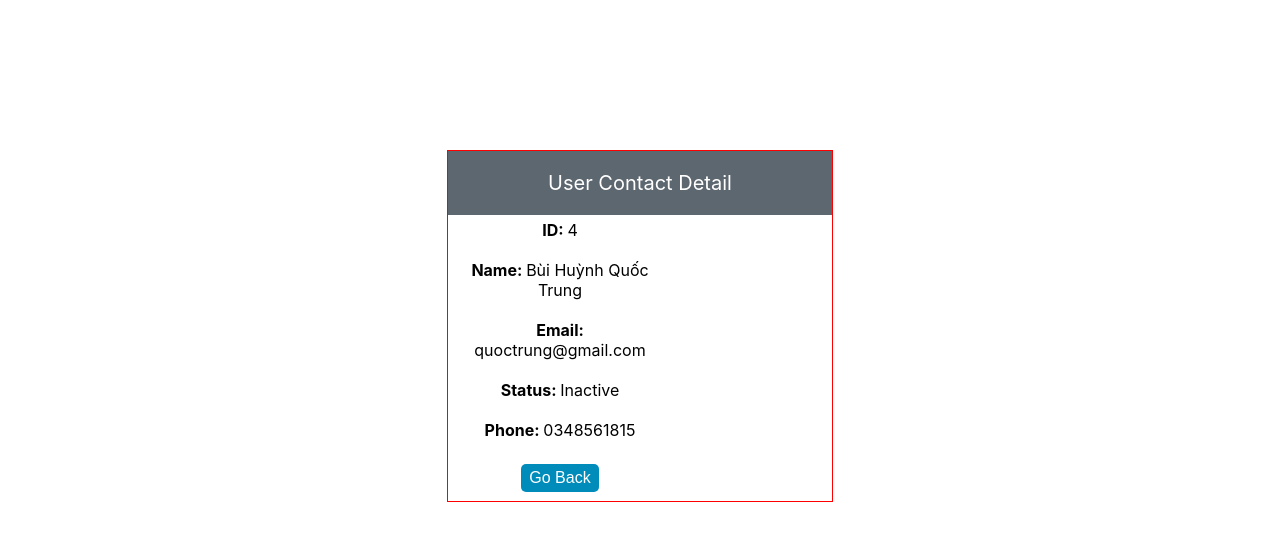
Repository: fdhhhdjd/Redux-Toolkit-CURD-Firebase
Page: /view/4
The author's editor kept a copy of each file at every save. The page is drawn from the files as they stood at one save, then again after the next save.
The browser window is 1280 px wide. The pictures show the whole page.
The project was rebuilt for these pictures with package versions that can differ from the ones it lists, and the page was loaded fresh each time. Also part of the build but not shown: src/Component/Home.js, src/Styles/AddEdit.css, src/Component/AddEdit.js.

Above is the page before, as saved 2021-10-24 21:43:38.

### src/index.js
import React from "react";
import ReactDOM from "react-dom";
import "./index.css";
import App from "./App";
import store from "./Redux/Store";
import { Provider } from "react-redux";
import * as serviceWorker from "./serviceWorker";

ReactDOM.render(
  <React.StrictMode>
    <Provider store={store}>
      <App />
    </Provider>
  </React.StrictMode>,
  document.getElementById("root")
);

// If you want your app to work offline and load faster, you can change
// unregister() to register() below. Note this comes with some pitfalls.
// Learn more about service workers: https://bit.ly/CRA-PWA
serviceWorker.unregister();

### src/App.js
import React from "react";
import "./App.css";
import { BrowserRouter, Switch, Route } from "react-router-dom";
import { ToastContainer } from "react-toastify";
import "react-toastify/dist/ReactToastify.css";
import { Home, View, AddEdit } from "./import/Index";
function App() {
  return (
    <>
      <BrowserRouter>
        <div className="App">
          <ToastContainer position="top-center" />
          <Switch>
            <Route exact path="/" component={Home} />
            <Route path="/add" component={AddEdit} />
            <Route path="/update/:id" component={AddEdit} />
            <Route path="/view/:id" component={View} />
          </Switch>
        </div>
      </BrowserRouter>
    </>
  );
}

export default App;

### src/Redux/Store.js
import { configureStore, createStore } from "@reduxjs/toolkit";
import logger from "redux-logger";
import thunk from "redux-thunk";
import { composeWithDevTools } from "redux-devtools-extension";
import ContactReducer from "./ContactSlice";
const middleware = [thunk];
if (process.env.NODE_ENV === "development") {
  middleware.push(logger);
}
const store = configureStore({
  reducer: {
    todos: ContactReducer,
    middleware: [logger],
  },
});

export default store;

### src/import/Index.js
export { default as Home } from "../Component/Home";
export { default as AddEdit } from "../Component/AddEdit";
export { default as View } from "../Component/View";

### src/Redux/ContactSlice.js
import { createSlice, createAsyncThunk } from "@reduxjs/toolkit";
import { v4 as uuidv4 } from "uuid";
import { nanoid } from "nanoid";
const initialState = {
  contacts: [
    {
      id: 1,
      name: "Nguyễn Tiến Tài",
      email: "nguyentientai10@gmai.com",
      phone: "0798805741",
      status: "Active",
    },
    {
      id: 2,
      name: "Nguyễn Hữu Quyền",
      email: "huuquyen2000@gmail.com",
      phone: "09658235656",
      status: "Inactive",
    },
    {
      id: 3,
      name: "Nguyễn Bảo Khang",
      email: "jbaokhangdesigner@gmail.com",
      phone: "0353263452",
      status: "Active",
    },
    {
      id: 4,
      name: "Bùi Huỳnh Quốc Trung	",
      email: "quoctrung@gmail.com",
      phone: "0348561815",
      status: "Inactive",
    },
    {
      id: 5,
      name: "Trần Phi Hoàng",
      email: "phihoang1@gmail.com",
      phone: "0936095986",
      status: "Active",
    },
  ],
  contact: {
    name: "",
    email: "",
    phone: "",
    status: "",
  },
};
const TodoSlice = createSlice({
  name: "todos",
  initialState,
  reducers: {
    getContact: (state, action) => {
      state.contact = state.contacts.find((item) => item.id == action.payload);
    },
    addContact: (state, action) => {
      const newData = { ...action.payload, id: uuidv4() };
      state.contacts = [...state.contacts, newData];
    },
    deleteContact: (state, action) => {
      state.contacts = state.contacts.filter(
        (item) => item.id !== action.payload
      );
    },
    updateContact: (state, action) => {
      state.contacts = state.contacts.map((item) =>
        item.id === action.payload.id ? action.payload : item
      );
    },
  },
});
const ContactReducer = TodoSlice.reducer;
export const { addContact, deleteContact, getContact, updateContact } =
  TodoSlice.actions;
export const GetTodo = (state) => state.todos;
export default ContactReducer;

### src/Component/View.js
import React, { useEffect, useState } from "react";
import { useParams } from "react-router";
import "../Styles/View.css";
import { Link } from "react-router-dom";
import { getContact, GetTodo } from "../Redux/ContactSlice";
import { useDispatch, useSelector } from "react-redux";

const View = () => {
  const [user, setUser] = useState({});
  const { contact } = useSelector(GetTodo);
  const { id } = useParams();
  const dispatch = useDispatch();
  useEffect(() => {
    dispatch(getContact(id));
    setUser({ ...contact });
  }, [id, contact]);

  return (
    <>
      <div style={{ marginTop: "150px" }}>
        <div className="card">
          <div className="card-header">
            <p>User Contact Detail</p>
          </div>
          <div className="container">
            <strong>ID: </strong>
            <span>{id}</span>
            <br />
            <br />
            <strong>Name: </strong>
            <span>{user.name}</span>
            <br />
            <br />
            <strong>Email: </strong>
            <span>{user.email}</span>
            <br />
            <br />
            <strong>Status: </strong>
            <span>{user.status}</span>
            <br />
            <br />
            <strong>Phone: </strong>
            <span>{user.phone}</span>
            <br />
            <br />
            <Link to="/">
              <button className="btn btn-edit">Go Back</button>
            </Link>
          </div>
        </div>
      </div>
    </>
  );
};

export default View;

### src/Styles/Home.css
.styled-table {
    border-collapse: collapse;
    margin: auto;
    font-size: 0.9em;
    font-family: sans-serif;
    max-width: 1000px;
    box-shadow: 0 0 20px rgba(0, 0, 0, 0.15);
  }

  .styled-table thead tr {
    background-color: #009879;
    color: #ffffff;
    text-align: left;
  }

  .styled-table th,
  .styled-table td {
    padding: 12px 15px;
  }

  .styled-table tbody tr {
    border-bottom: 1px solid #dddddd;
  }

  .styled-table tbody tr:nth-of-type(even) {
    background-color: #f3f3f3;
  }

  .styled-table tbody tr:last-of-type {
    border-bottom: 2px solid #009879;
  }

  .btn {
    border: none;
    color: white;
    padding: 5px 8px;
    text-align: center;
    text-decoration: none;
    display: inline-block;
    border-radius: 5px;
    font-size: 16px;
    margin: 4px 2px;
    cursor: pointer;
  }

  .btn-edit {
    background-color: #008cba;
  }

  .btn-delete {
    background-color: #f44336;
  }

  .btn-view {
    background-color: #e7e7e7;
    color: black;
  }

  .btn-contact {
    background-color: #e82764;
    margin-bottom: 10px;
  }


  .btn-active {
    background-color: #808c4a;
    color: #fff;
  }

  .btn-inactive {
    background-color: #445f61;
    color: #fff;
  }

  .btn-reset {
    background-color: darkolivegreen;
    color: #fff;
  }

### src/Styles/View.css
.card {
    width: 30%;
    display: flex;
    flex-direction: column;
    border: 1px red solid;
    align-content: center;
    margin: 0 auto;
  }

  .card-header {
    height: 30%;
    background: #5d6770;
    color: white;
    text-align: center;

  }

  .card-header p {
    font-size: 20px;
  }
  .container {
    margin-right: 10rem;
    padding: 5px 16px;
  }

Loaded but not shown: public/index.html (common file); src/index.css (common file); src/serviceWorker.js (common file); src/App.css (common file)

After the next save:
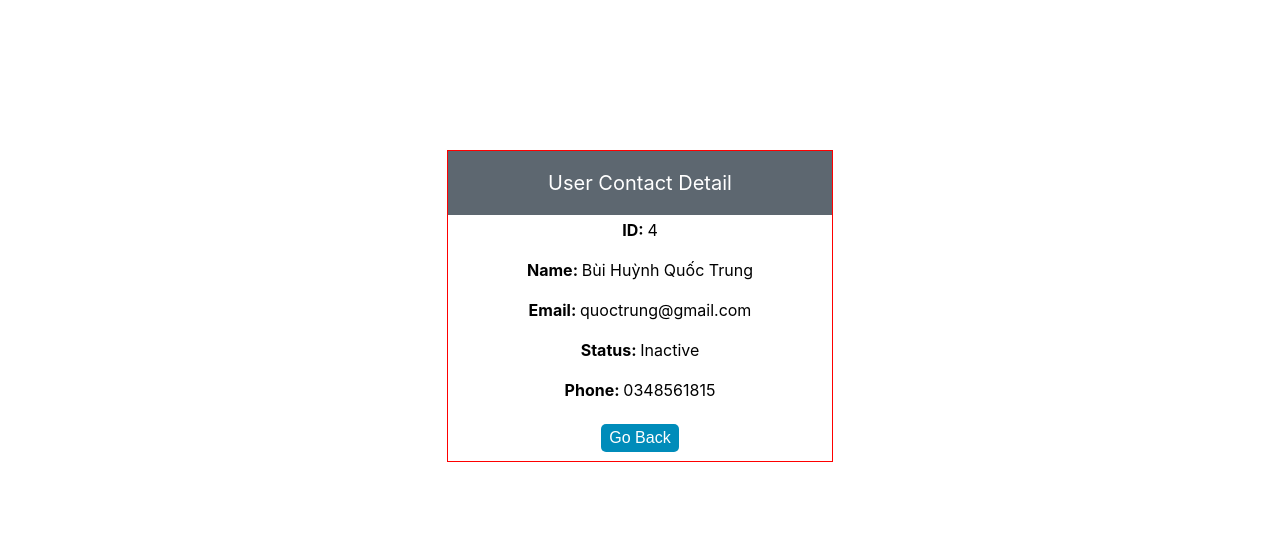
Saved 8 s later.
--- a/src/Styles/View.css
+++ b/src/Styles/View.css
@@ -19,6 +19,5 @@
     font-size: 20px;
   }
   .container {
-    margin-right: 10rem;
     padding: 5px 16px;
   }
